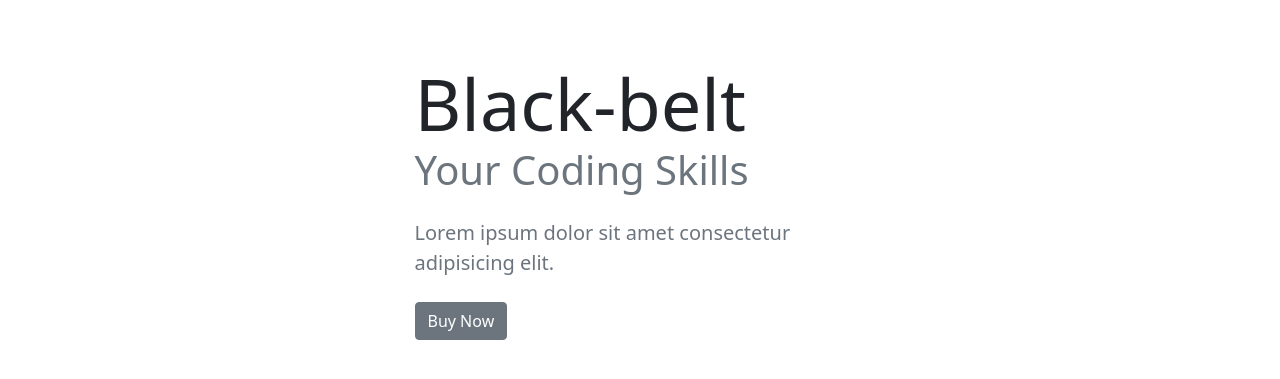
Repository: rihebtlh/catty-storefront
Page: index.html
The author's editor kept a copy of each file at every save. The page is drawn from the files as they stood at one save, then again after a run of saves.
The browser window is 1280 px wide. The pictures show the whole page.

Above is the page before, as saved 2025-06-17 16:27:27.

After the next 3 saves:
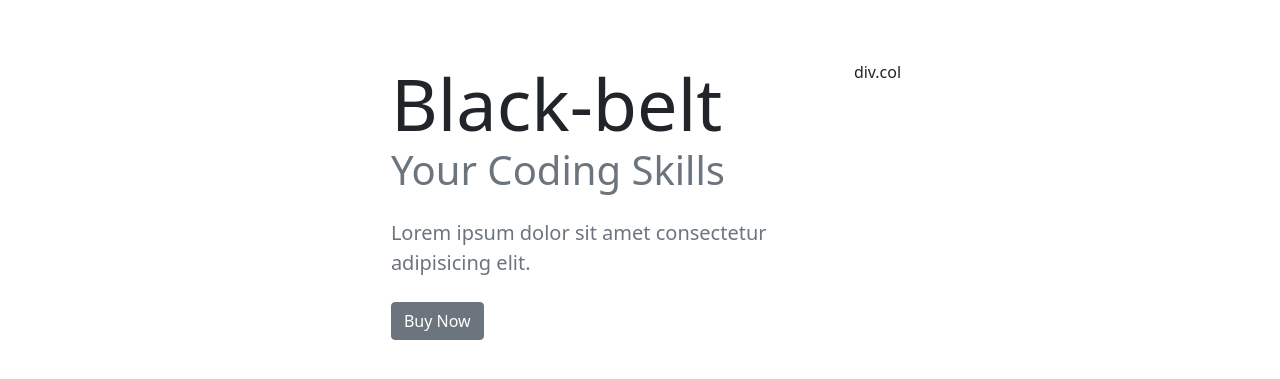
The 3 saves are shown as one change because they came seconds apart.
The last was saved 14 min 47 s later.
--- a/index.html
+++ b/index.html
@@ -25,6 +25,7 @@
                     <p class="lead my-4 text-muted">Lorem ipsum dolor sit amet consectetur adipisicing elit.</p>
                     <a href="#pricing" class = "btn btn-secondary btn-large">Buy Now</a>
                 </div>
+                div.col
             </div>
         </div>
     </section>
